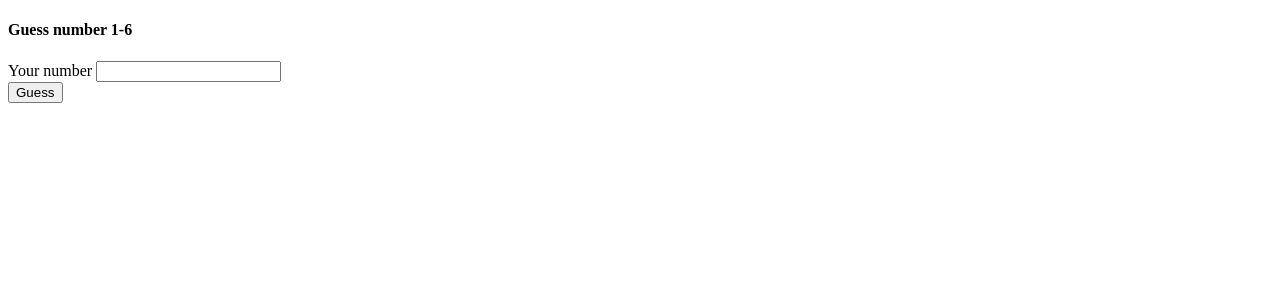
Repository: Ironicmanx/HTMLFILES
Page: Javascript/guessNumber/guess.html
These files come from the project's save history. The page is drawn as it stood at one moment and after the next save; the edit follows.
The browser window is 1280 px wide. The pictures show the whole page.

Above is the page before, as saved 2024-02-05 20:12:39.

### Javascript/guessNumber/guess.html
<!DOCTYPE html>
<html lang="fi">
<head>
    <meta charset="UTF-8">
    <meta name="viewport" content="width=device-width, initial-scale=1.0">
    <title>Guess</title>
    <link rel="stylesheet" href="guess.css">
</head>
<body>
    <div id="container">
<h4>Guess number 1-6</h4>
<div>
<form>
<label>Your number</label>
<input type="number">
</form>
</div>
<div>
    <button type="button">Guess
</button>
</div>
</div>

    <script src="guess.js"></script>
</body>
</html>

### Javascript/guessNumber/guess.css

div#container{
    color: #000;
    background-color: ;
}

Loaded but not shown: Javascript/guessNumber/guess.js (no stored copy; drawn as an empty file)

After the next save:
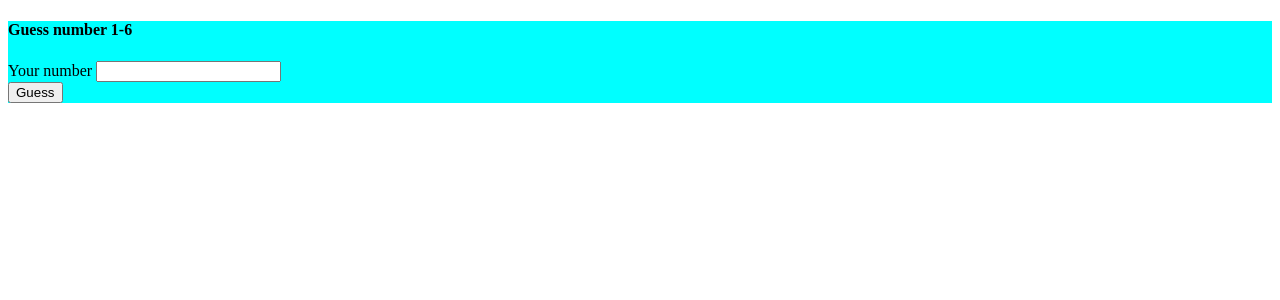
Saved 4 s later.
--- a/Javascript/guessNumber/guess.css
+++ b/Javascript/guessNumber/guess.css
@@ -1,5 +1,5 @@
 
 div#container{
     color: #000;
-    background-color: ;
+    background-color: aqua;
 }
